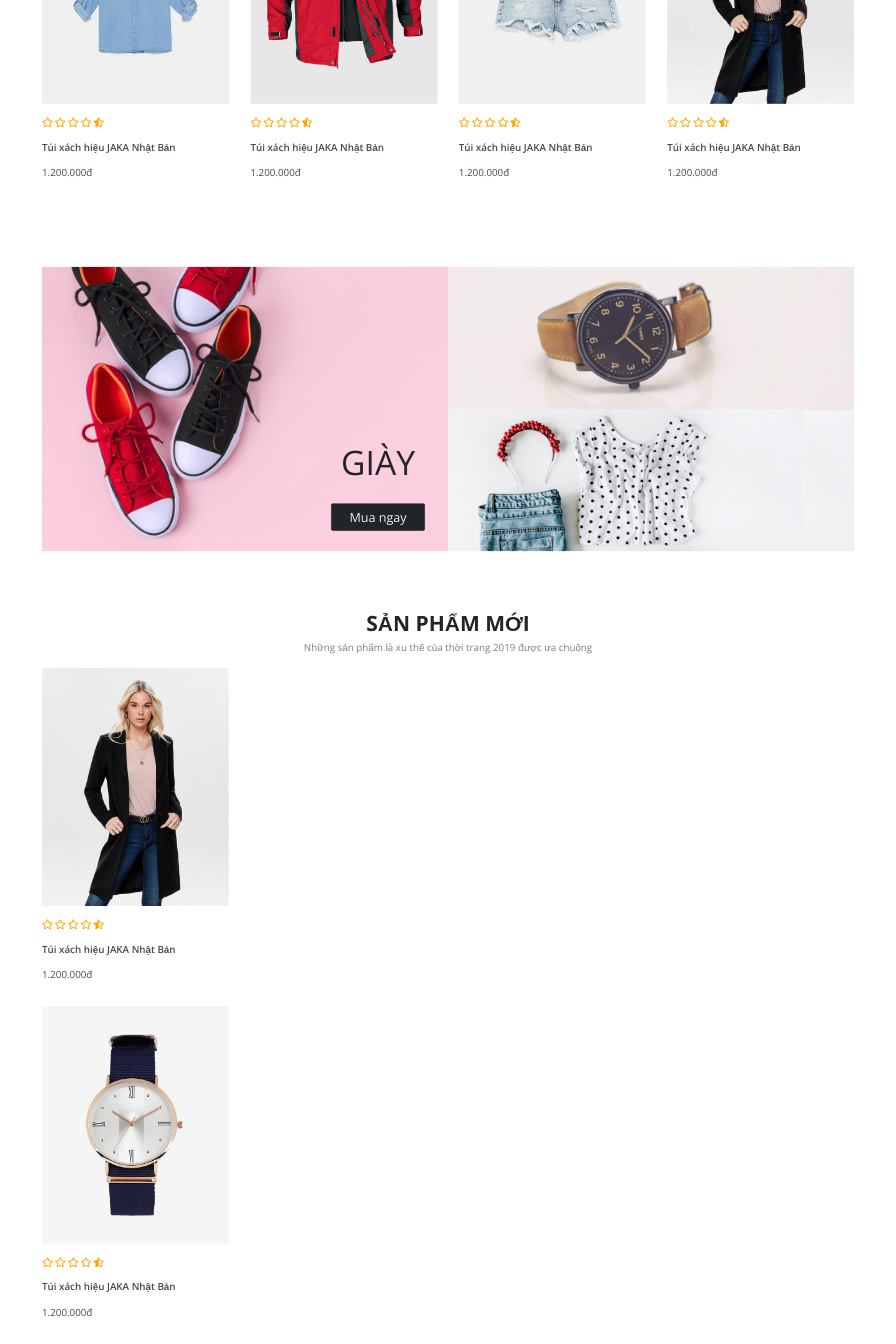
Repository: vinhtk0209/clothes-shop
Page: index.html
The author's editor kept a copy of each file at every save. The page is drawn from the files as they stood at one save, then again after the next save.
The browser window is 1280 px wide. The pictures show the part of the page from y = 1805 to 3725 px (the page is 3725 px tall before and 2712 px after), at 70% of full size.

Above is the page before, as saved 2021-10-06 15:52:42.

After the next save:
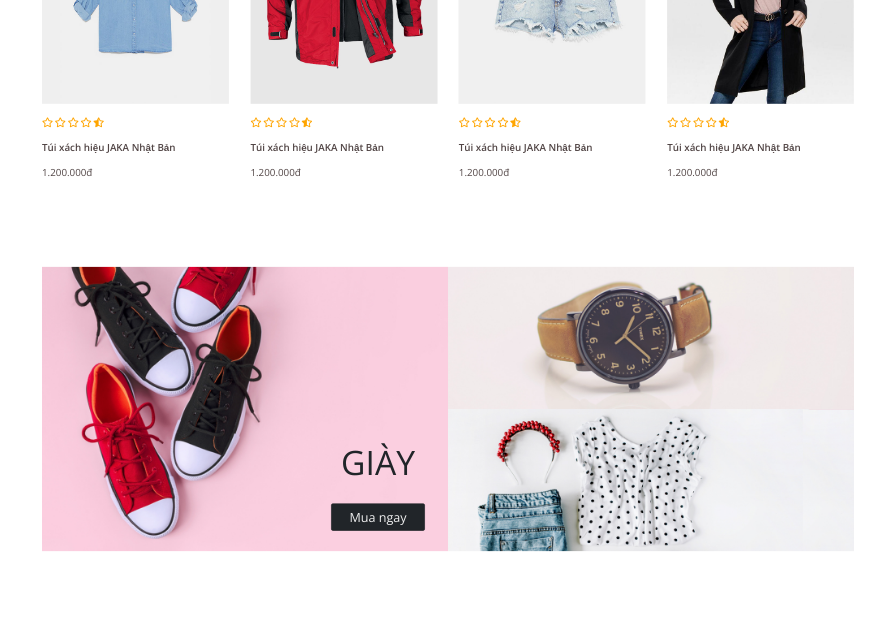
Saved 60 s later.
--- a/index.html
+++ b/index.html
@@ -575,7 +575,7 @@
             </div>
             <!-- END IMG DESCRIPTION -->
 
-            <div class="best-seller">
+            <div class="best-seller owl-carousel owl-theme">
               <div class="card card-product__new border-0 ">
                 <div class="card-body card-new-product">
                   <div class="card-title text-center">
